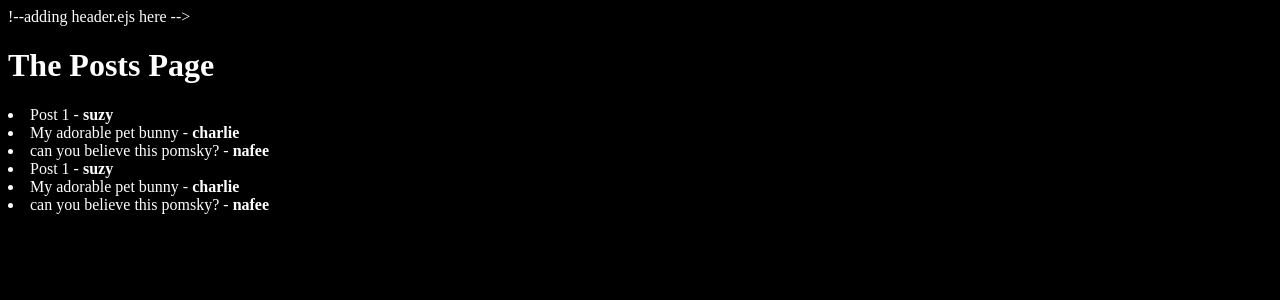
Repository: Nafeek30/WebProjects
Page: http://localhost/posts
The author's editor kept a record of every edit. The page is drawn from the files as they stood at one moment, then again after the next edit.
The browser window is 1280 px wide. The pictures show the whole page.
The page is served by the project's Node server (MoreExpress/EJSDemo/app.js).

Above is the page before.

After the next edit:
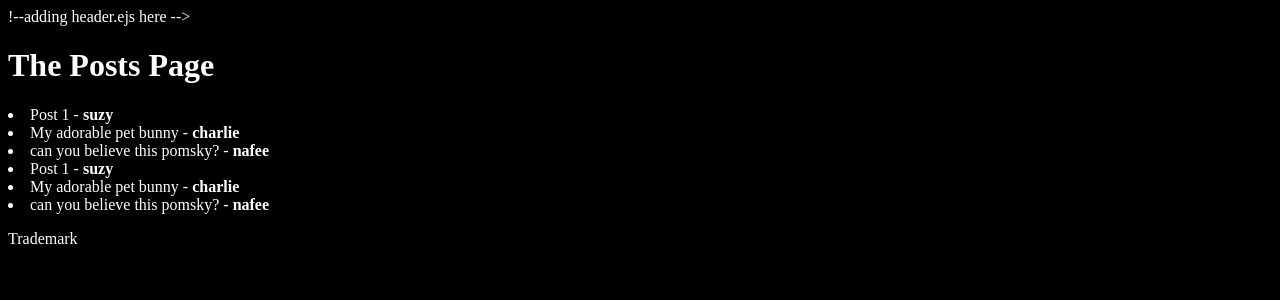
The edit:
--- a/Cloud 9 projects/MoreExpress/EJSDemo/views/posts.ejs
+++ b/Cloud 9 projects/MoreExpress/EJSDemo/views/posts.ejs
@@ -20,3 +20,6 @@
     <%=post.title %> - <strong><%=post.author%></strong>
 </li>
 <% });%>
+
+<!--adding footer.ejs here -->
+<% include partials/footer %>
